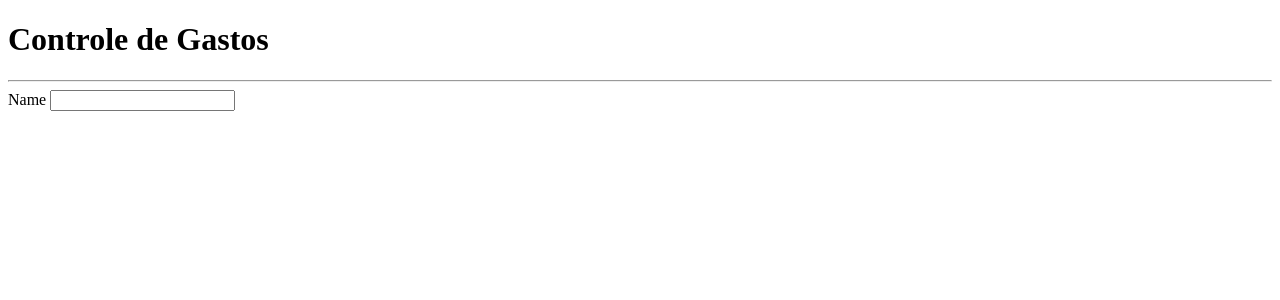
Repository: MarcioFreitasUFSC21/FrontEnd-part-1
Page: index.html
These files come from the project's save history. The page is drawn as it stood at one moment and after a run of saves; the edit follows.
The browser window is 1280 px wide. The pictures show the whole page.

Above is the page before, as saved 2023-04-22 18:56:07.

After the next 2 saves:
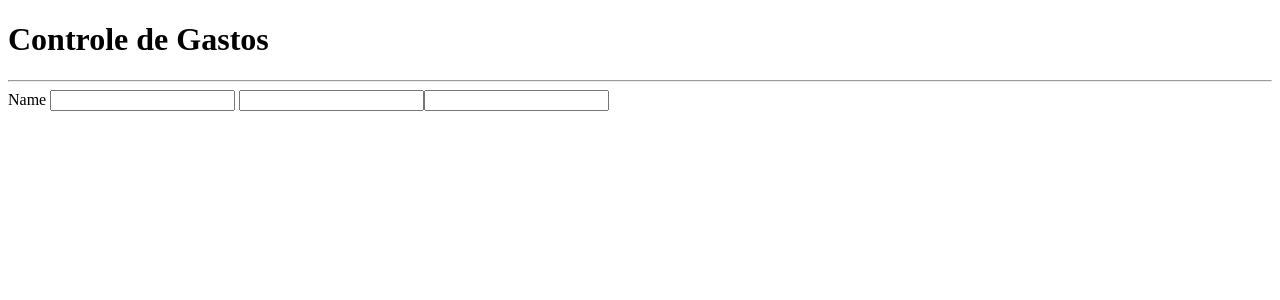
The 2 saves are shown as one change because they came seconds apart.
The last was saved 3 min 53 s later.
--- a/index.html
+++ b/index.html
@@ -10,6 +10,7 @@
     <h1> Controle de Gastos</h1>
     <hr>
     <label type = "Name"> Name</label> <input type = "text" ></body></input>
+    <input type = "text" ></body></input><input type = "text" ></body></input>
 
 </body>
 </html>
